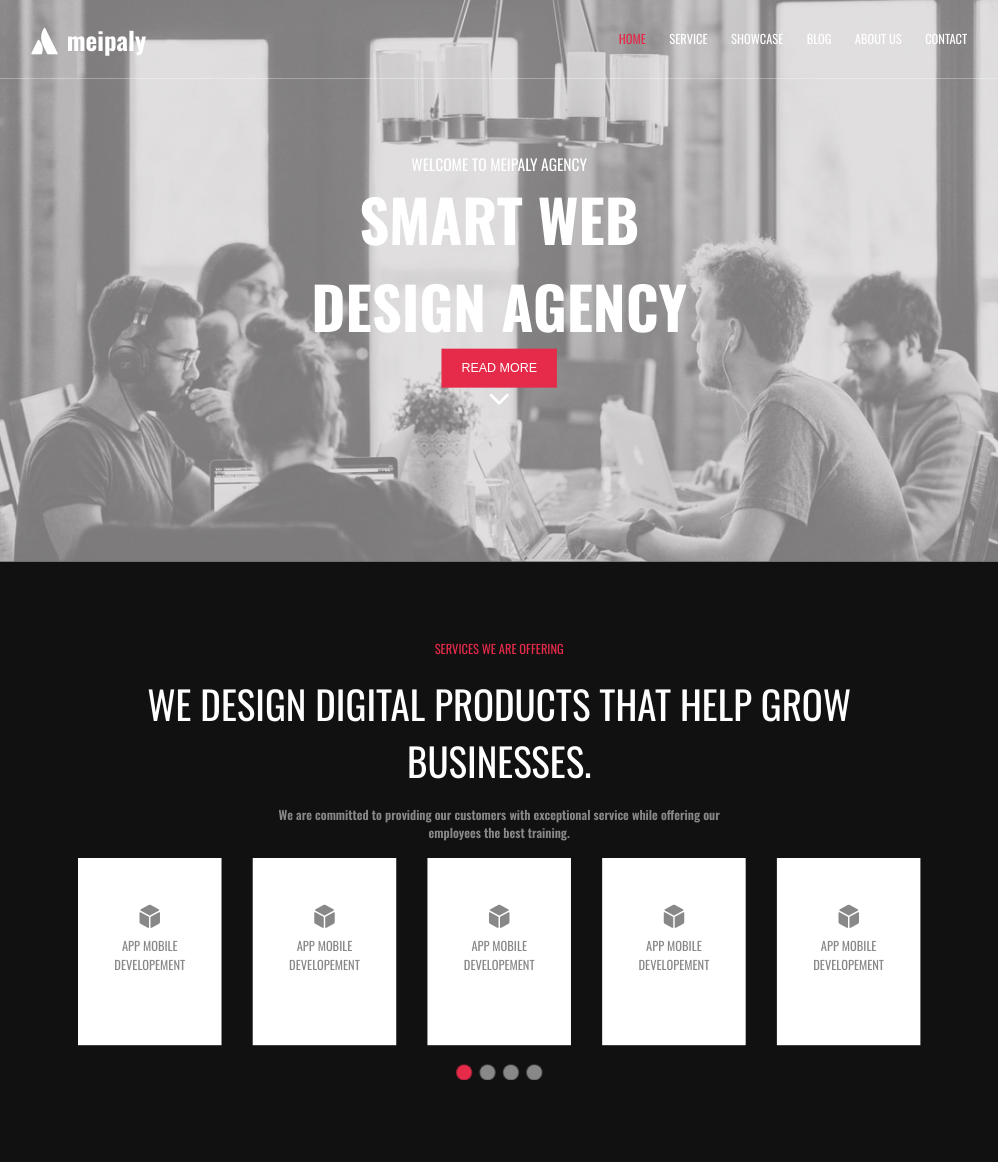
Repository: trminhphuc1504/meipaly
Page: meipaly.html
These files come from the project's save history. The page is drawn as it stood at one moment and after the next save; the edit follows.
The browser window is 1280 px wide. The pictures show the whole page, at 78% of full size.
Some web fonts or font styles are not loaded; a fallback is used. Some web libraries are served in a nearby version.

Above is the page before, as saved 2024-08-19 20:49:28.

After the next save:
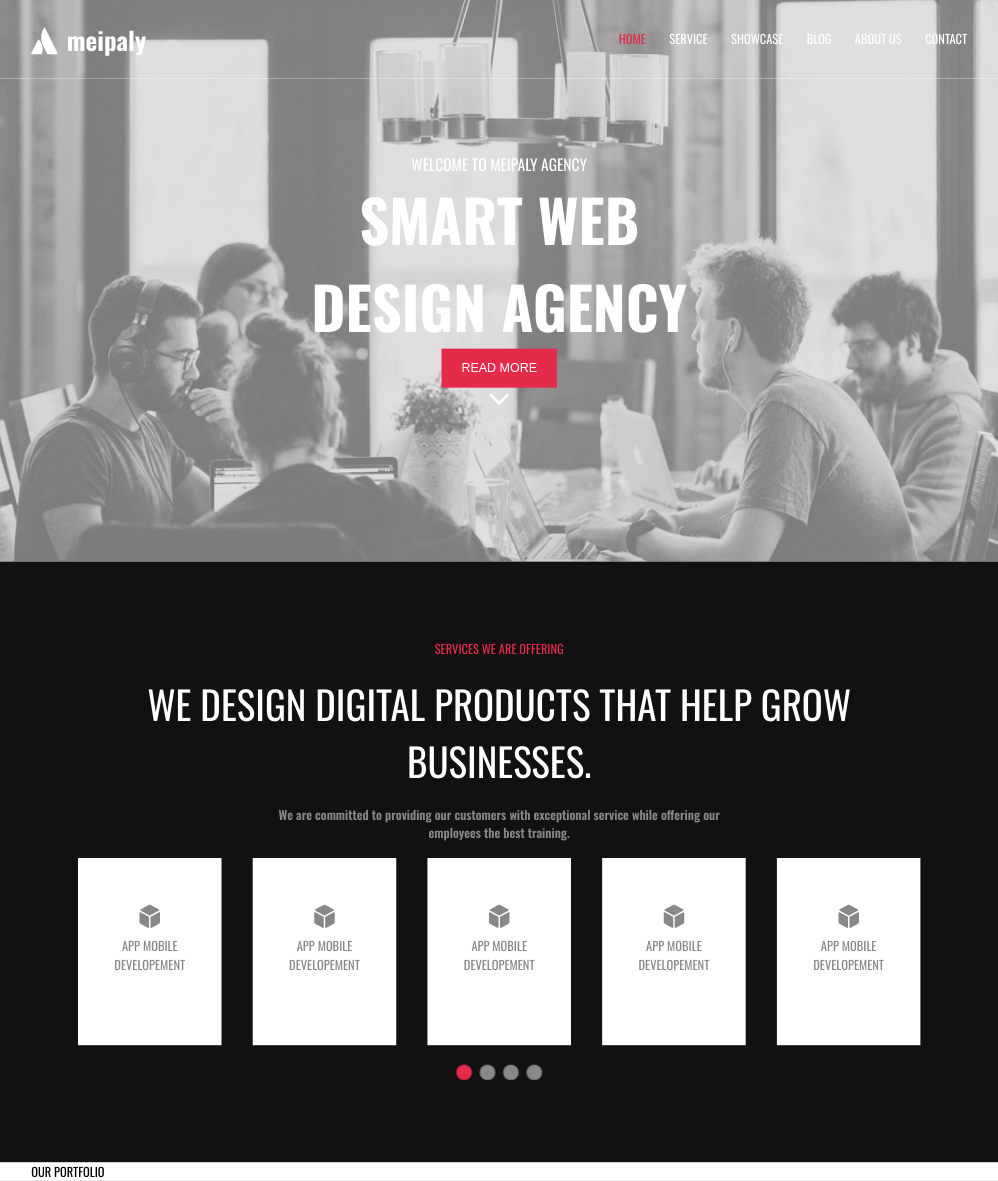
Saved 14 s later.
--- a/meipaly.html
+++ b/meipaly.html
@@ -151,7 +151,8 @@
 
     <section class="showcase">
       <div class="container">
-        <div class="showcase-subtitle"></div>
+        <div class="showcase-subtitle">OUR PORTFOLIO</div>
+        <div class="showcase-title"></div>
       </div>
     </section>
 
